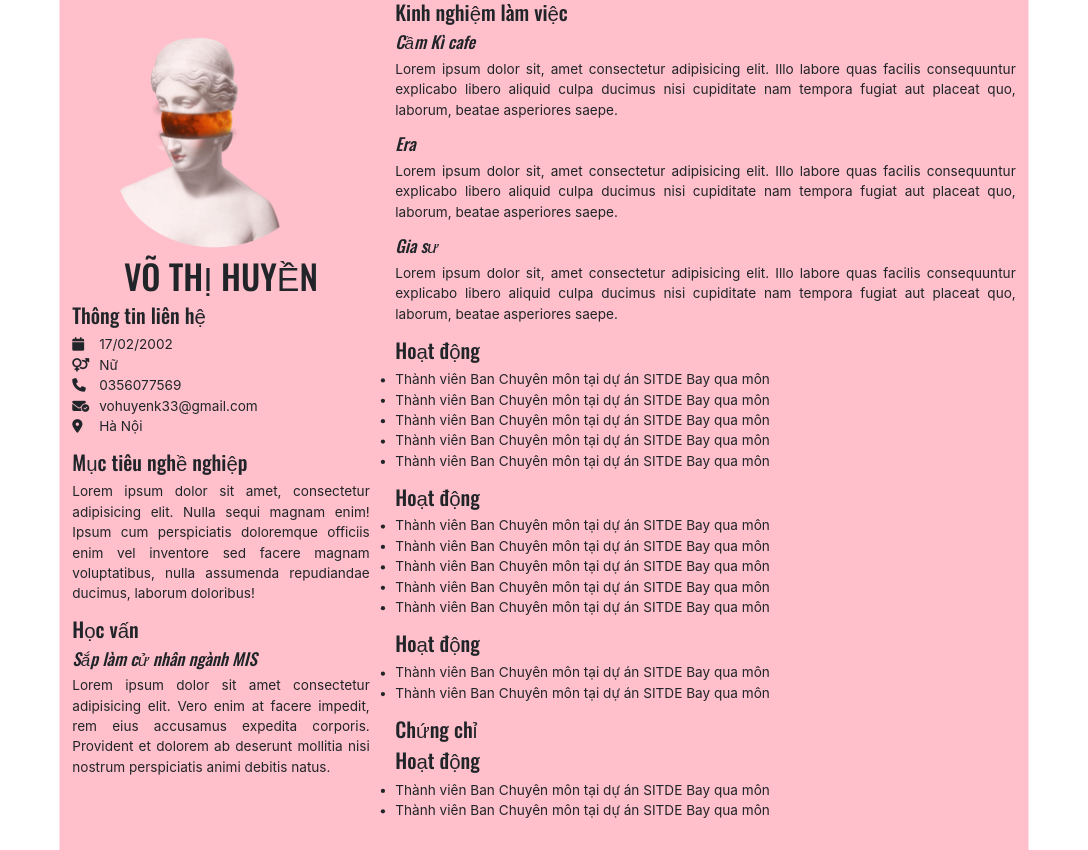
Repository: huyennvo/CSS
Page: CV/index.html
The author's editor kept a copy of each file at every save. The page is drawn from the files as they stood at one save, then again after the next save.
The browser window is 1280 px wide. The pictures show the whole page, at 85% of full size.
Some web libraries are served in a nearby version.

Above is the page before, as saved 2022-07-18 17:13:17.

### CV/index.html
<!DOCTYPE html>
<html lang="en">
<head>
    <meta charset="UTF-8">
    <meta http-equiv="X-UA-Compatible" content="IE=edge">
    <meta name="viewport" content="width=device-width, initial-scale=1.0">
    <title>CV</title>
    <link rel="stylesheet" href="./style.css">
    <link rel="stylesheet" href="https://cdn.jsdelivr.net/npm/bootstrap@4.6.1/dist/css/bootstrap.min.css" integrity="sha384-zCbKRCUGaJDkqS1kPbPd7TveP5iyJE0EjAuZQTgFLD2ylzuqKfdKlfG/eSrtxUkn" crossorigin="anonymous">
    <style>
        @import url('https://fonts.googleapis.com/css2?family=Open+Sans:ital,wght@1,500&family=Oswald:wght@500&display=swap');
    </style>
    <script src="https://kit.fontawesome.com/1b99fd25e4.js" crossorigin="anonymous"></script>
</head>
<body>
    <div class="container">
        <div class="row">
            <div class="left col-sm-4">
                <img src="./aurora101.png" class="rounded" alt="Cinque Terre">
                <h1>VÕ THỊ HUYỀN</h1>
                <h4>Thông tin liên hệ</h4>
                <div class="row">
                    <div class="left col-sm-1">

                            <i class="fa-solid fa-calendar"></i>

                            <i class="fa-solid fa-venus-mars"></i>

                            <i class="fa-solid fa-phone"></i>

                            <i class="fa-solid fa-envelope-circle-check"></i>

                            <i class="fa-solid fa-location-dot"></i>
                    </div>
                    <div class="left col-sm-3">
                            17/02/2002
                            <br>

                            Nữ
                            <br>

                            0356077569
                            <br>

                            vohuyenk33@gmail.com
                            <br>
                            <p>Hà Nội </p>
                    </div>

                </div>
                <h4>Mục tiêu nghề nghiệp</h4>
                <p>Lorem ipsum dolor sit amet, consectetur adipisicing elit. Nulla sequi magnam enim! Ipsum cum perspiciatis doloremque officiis enim vel inventore sed facere magnam voluptatibus, nulla assumenda repudiandae ducimus, laborum doloribus!</p>
                <h4>Học vấn</h4>
                <h5>Sắp làm cử nhân ngành MIS</h5>
                <p>Lorem ipsum dolor sit amet consectetur adipisicing elit. Vero enim at facere impedit, rem eius accusamus expedita corporis. Provident et dolorem ab deserunt mollitia nisi nostrum perspiciatis animi debitis natus.</p>
            </div>
        <div class=" col-sm-8">
        <div class="right">
            <h4>Kinh nghiệm làm việc</h4>
            <h5>Cầm Kì cafe</h5>
            <p>Lorem ipsum dolor sit, amet consectetur adipisicing elit. Illo labore quas facilis consequuntur explicabo libero aliquid culpa ducimus nisi cupiditate nam tempora fugiat aut placeat quo, laborum, beatae asperiores saepe.</p>
            <h5>Era</h5>
            <p>Lorem ipsum dolor sit, amet consectetur adipisicing elit. Illo labore quas facilis consequuntur explicabo libero aliquid culpa ducimus nisi cupiditate nam tempora fugiat aut placeat quo, laborum, beatae asperiores saepe.</p>
            <h5>Gia sư</h5>
            <p>Lorem ipsum dolor sit, amet consectetur adipisicing elit. Illo labore quas facilis consequuntur explicabo libero aliquid culpa ducimus nisi cupiditate nam tempora fugiat aut placeat quo, laborum, beatae asperiores saepe.</p>
            <h4>Hoạt động</h4>
            <ul>
                <li>Thành viên Ban Chuyên môn tại dự án SITDE Bay qua môn</li>
                <li>Thành viên Ban Chuyên môn tại dự án SITDE Bay qua môn</li>
                <li>Thành viên Ban Chuyên môn tại dự án SITDE Bay qua môn</li>
                <li>Thành viên Ban Chuyên môn tại dự án SITDE Bay qua môn</li>
                <li>Thành viên Ban Chuyên môn tại dự án SITDE Bay qua môn</li>
            </ul>
            <h4>Hoạt động</h4>
            <ul>
                <li>Thành viên Ban Chuyên môn tại dự án SITDE Bay qua môn</li>
                <li>Thành viên Ban Chuyên môn tại dự án SITDE Bay qua môn</li>
                <li>Thành viên Ban Chuyên môn tại dự án SITDE Bay qua môn</li>
                <li>Thành viên Ban Chuyên môn tại dự án SITDE Bay qua môn</li>
                <li>Thành viên Ban Chuyên môn tại dự án SITDE Bay qua môn</li>
            </ul>
            <h4>Hoạt động</h4>
            <ul>
                <li>Thành viên Ban Chuyên môn tại dự án SITDE Bay qua môn</li>
                <li>Thành viên Ban Chuyên môn tại dự án SITDE Bay qua môn</li>
            </ul>
            <h4>Chứng chỉ</h4>
            <h4>Hoạt động</h4>
            <ul>
                <li>Thành viên Ban Chuyên môn tại dự án SITDE Bay qua môn</li>
                <li>Thành viên Ban Chuyên môn tại dự án SITDE Bay qua môn</li>
            </ul>
        </div>
        </div>
    </div>
</body>
</html>

### CV/style.css
*{
    margin: 0px;
    padding: 0px;

}

.container {
    width: 500px;
    height: 1000px;
    background-color: pink;
    box-sizing: border-box;
}

img {
    display: block;
    max-width:300px;
    max-height:300px;
    width: auto;
    height: auto;
  }

h1, h4 {
    font-family: 'Open Sans', sans-serif;
    font-family: 'Oswald', sans-serif;
    text-align: center;
}

h4 {
    text-align: left;
}

h5{
    font-family: 'Open Sans', sans-serif;
    font-family: 'Oswald', sans-serif;
    font-style: italic;
}
.left {
    border: 15px;
    border-color: black;

}

.right {
    border-top: 50px;
    border-color: black;
    background-color: pink;
}

p, li {
    text-align: justify;
    /* margin: 20px; */
}

After the next save:
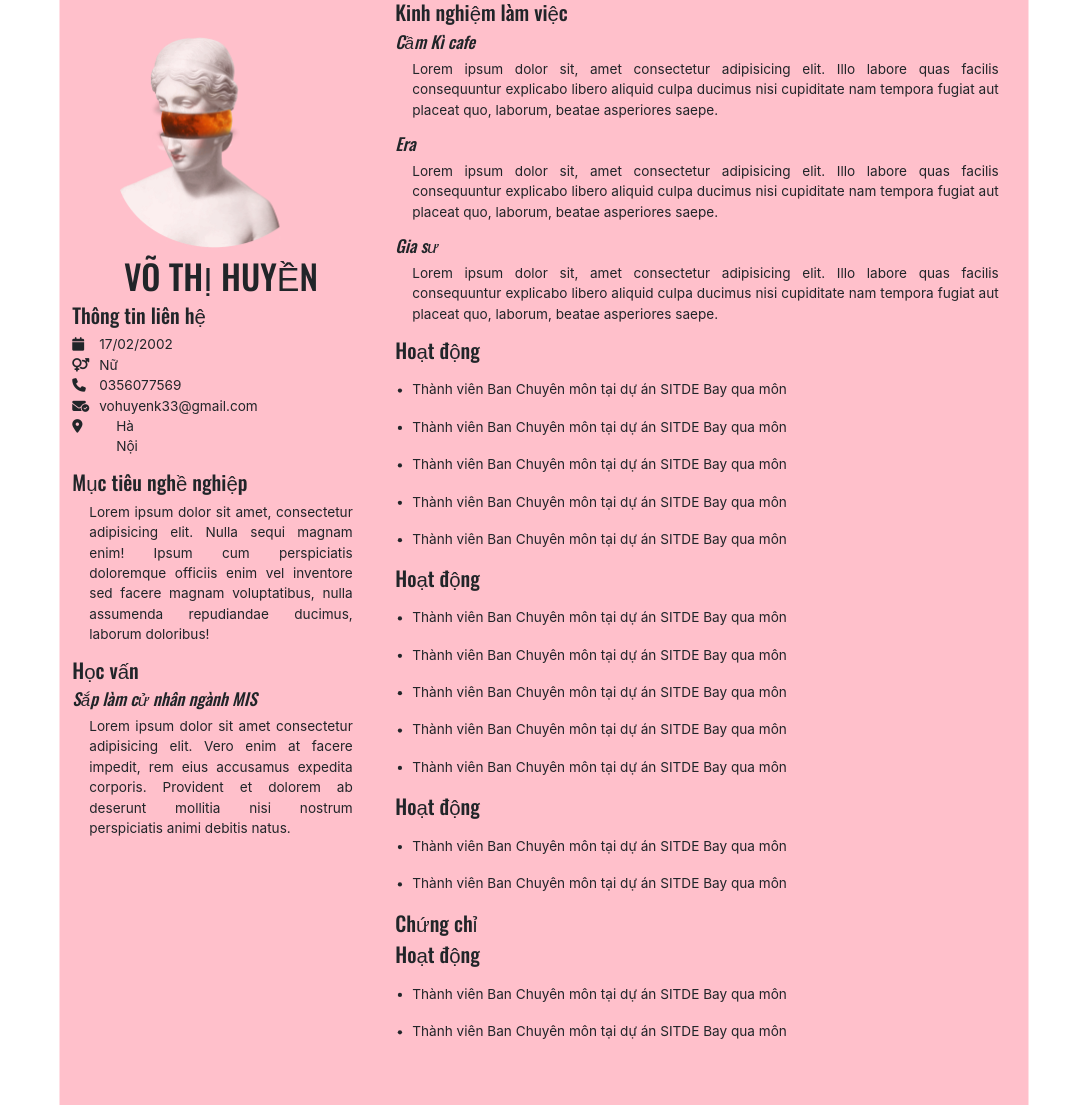
Saved 10 min 45 s later.
--- a/CV/style.css
+++ b/CV/style.css
@@ -6,7 +6,7 @@
 
 .container {
     width: 500px;
-    height: 1000px;
+    height: 1300px;
     background-color: pink;
     box-sizing: border-box;
 }
@@ -48,5 +48,5 @@ h5{
 
 p, li {
     text-align: justify;
-    /* margin: 20px; */
+     margin: 20px;
 }
